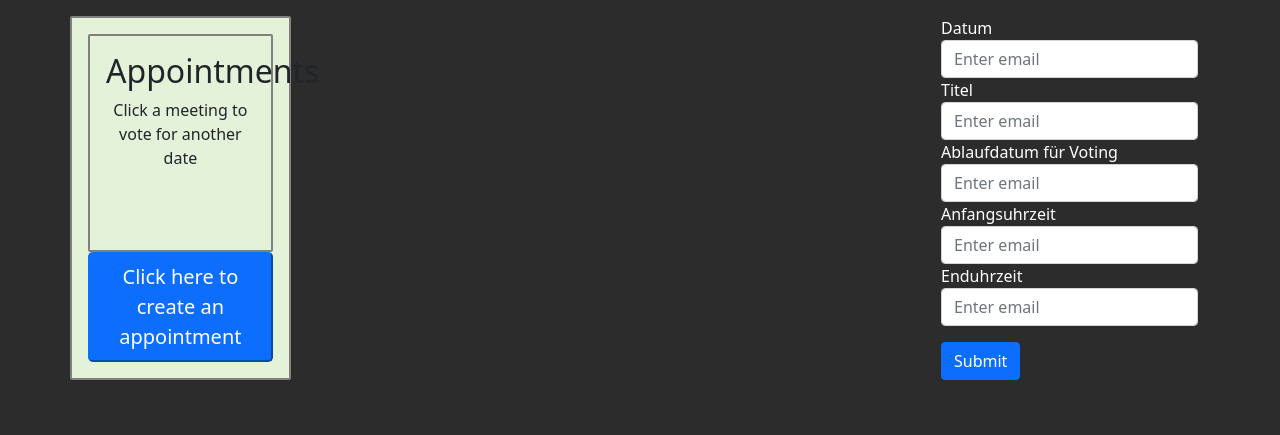
Repository: wlichon/Semesterprojekt
Page: index.html
An editor plug-in stored every save of this project. The page is shown before and after the next save, followed by the edit.
The browser window is 1280 px wide. The pictures show the whole page.
The page's requests for data from a server got no answer. Some web libraries are served in a nearby version.

Above is the page before, as saved 2022-04-22 20:47:08.

After the next save:
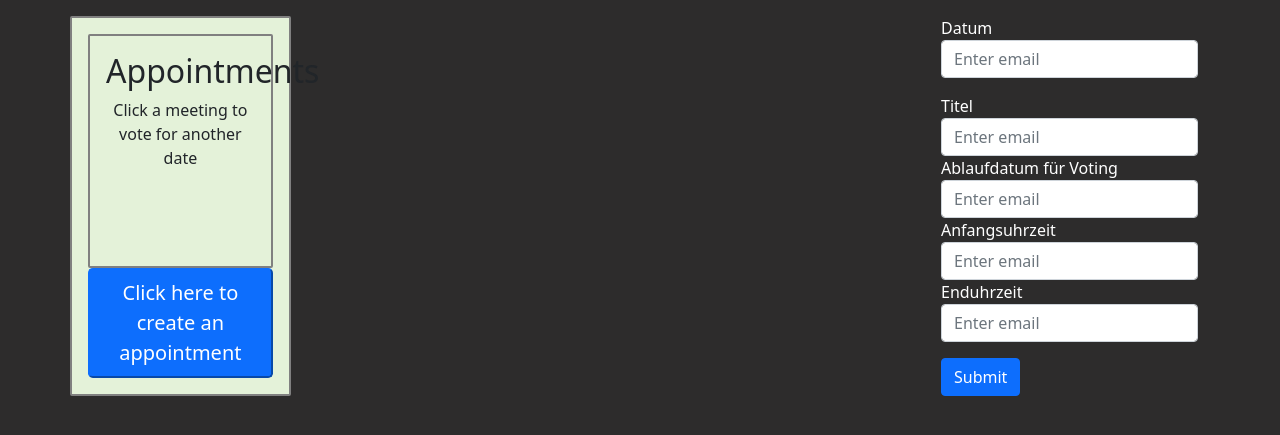
Saved 15 s later.
--- a/index.html
+++ b/index.html
@@ -86,7 +86,7 @@
               <input type="email" class="form-control" id="exampleInputEmail1" aria-describedby="emailHelp" placeholder="Enter email">
             </div>
             <div class="form-group">
-                <label for="exampleInputEmail1" class ="text-white">Titel</label>
+                <label for="exampleInputEmail1" class ="text-white mt-3">Titel</label>
                 <input type="email" class="form-control" id="exampleInputEmail1" aria-describedby="emailHelp" placeholder="Enter email">
             </div>
               <div class="form-group">
